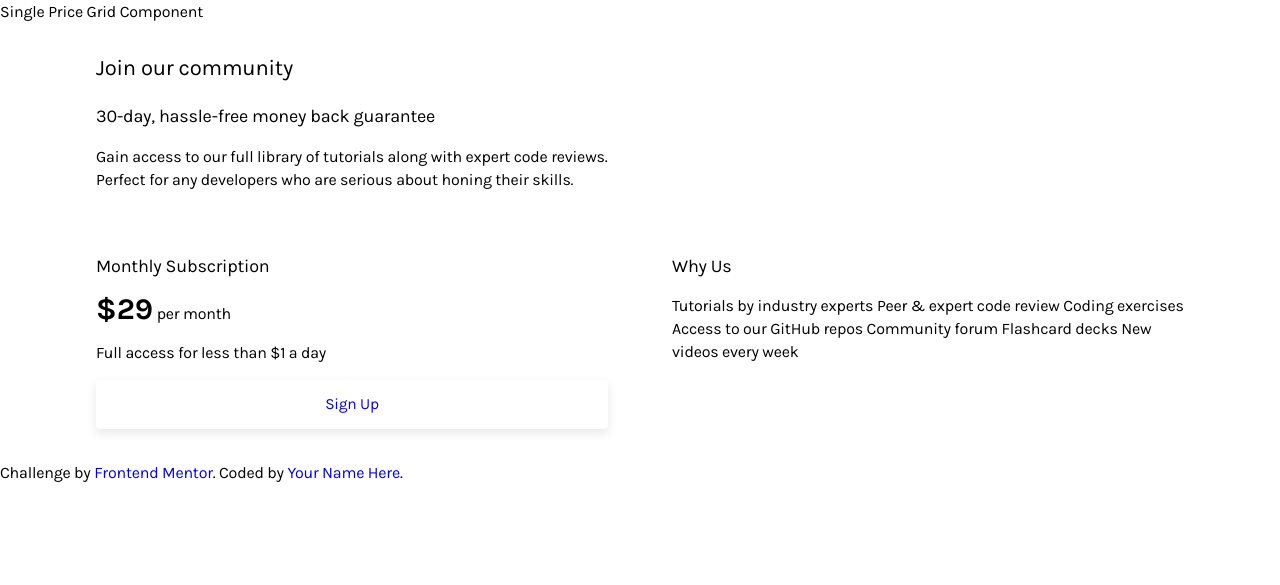
Repository: bangjuyoung/bangjuyoung
Page: practice/frontend-mentor/single-price-grid-component/index.html
An editor plug-in stored every save of this project. The page is shown before and after the next save, followed by the edit.
The browser window is 1280 px wide. The pictures show the whole page.

Above is the page before, as saved 2019-06-16 13:29:34.

### practice/frontend-mentor/single-price-grid-component/index.html
<!DOCTYPE html>
<html lang="en">

<head>
  <meta charset="UTF-8">
  <meta name="viewport" content="width=device-width, initial-scale=1.0">
  <title>Frontend Mentor | Single Price Grid Component</title>
  <link rel="icon" type="image/png" sizes="32x32" href="./images/favicon-32x32.png">
  <link rel="stylesheet" href="../../../assets/css/base.css">
  <link href="https://fonts.googleapis.com/css?family=Karla:400,700&display=swap" rel="stylesheet">
  <link rel="stylesheet" href="./default.css">
</head>

<body>
  <main role="main">
    <h1>Single Price Grid Component</h1>
    <article class="single-price__wrapper">

      <section class="single-price__primary single-price">
        <div class="single-price__body">
          <h2 class="single-price__title">Join our community</h2>
          <h3 class="single-price__subtitle">30-day, hassle-free money back guarantee</h3>
          <p>Gain access to our full library of tutorials along with expert code reviews.</p>
          <p>Perfect for any developers who are serious about honing their skills.</p>
        </div>
      </section>

      <div class="single-price__secondary">
        <section class="single-price">
          <div class="single-price__body">
            <h3 class="single-price__subtitle">Monthly Subscription</h3>
            <p class="single-price__divider"><strong class="single-price__display1">&dollar;29</strong> per month</p>
            <p class="single-price__divider">Full access for less than &dollar;1 a day</p>
            <div class="single-price__divider">
              <a href="/" class="btn btn-secondary btn-block btn--float">Sign Up</a>
            </div>
          </div>
        </section>

        <section class="single-price">
          <div class="single-price__body">
            <h4 class="single-price__subtitle">Why Us</h4>
            <p>
              Tutorials by industry experts
              Peer &amp; expert code review
              Coding exercises
              Access to our GitHub repos
              Community forum
              Flashcard decks
              New videos every week
            </p>
          </div>
        </section>
      </div>

    </article>
  </main>


  <footer role="contentinfo">
    <p class="attribution">
      Challenge by <a href="https://www.frontendmentor.io?ref=challenge" target="_blank" rel="noopener">Frontend
        Mentor</a>.
      Coded by <a href="#">Your Name Here</a>.
    </p>
  </footer>
</body>

</html>

### assets/css/base.css
@charset "UTF-8";

/*
// Base
//
// Normalization of HTML elements, manually forked from Normalize.css to remove
// styles targeting irrelevant browsers while applying new styles.
//
// Normalize is licensed MIT. https://github.com/necolas/normalize.css
*/

/*
 * Document
 */

*,
*::before,
*::after {
  /* padding 과 border 가 요소 너비에 포함되도록 설정 */
  box-sizing: border-box;
}

html {
  /* 모든 브라우저에 기본 폰트 및 line-height 설정 */
  font-family: sans-serif;
  line-height: 1.15;
  /* window 폰의 IE 나 iOS 에서 방향 변경시 폰트 사이즈 수정되는 현상 막음 */
  -webkit-text-size-adjust: 100%;
  /* @viewport 설정시 IE11 과 Edge 에서 스크롤바가 컨텐트에 겹치므로 겹치지 않고 자동 숨김 되지 않도록 강제 */
  -ms-overflow-style: scrollbar;
  /* iOS 에서 완전히 투명으로 보이기 위해 기본 탭 하이라이트 변경 */
  -webkit-tap-highlight-color: rgba(0, 0, 0, 0);
}

/* IE10 이하 및 오래된 브라우저에서 새 HTML5 요소들 맞게 표시 */
article,
aside,
figcaption,
figure,
footer,
header,
hgroup,
main,
nav,
section {
  display: block;
}

/* 여백 초기화 */
body,
h1,
h2,
h3,
h4,
h5,
h6,
p,
ol,
ul,
dl,
blockquote,
pre,
figure,
input,
button,
select,
optgroup,
textarea,
fieldset {
  margin: 0;
}

/*
 * Body
 */

/*
  -apple-system, // Safari for OS X and iOS (San Francisco)
  BlinkMacSystemFont, // Chrome < 56 for OS X (San Francisco)
  "Segoe UI", // Windows
  "Roboto", // Android
  "Helvetica Neue", Arial, sans-serif, // Basic web fallback
  "Apple Color Emoji", "Segoe UI Emoji", "Segoe UI Symbol" !default; // Emoji fonts
 */

body {
  font-family: -apple-system, BlinkMacSystemFont, 'Segoe UI', Roboto,
    'Helvetica Neue', Arial, Noto Sans, sans-serif, 'Apple Color Emoji',
    'Segoe UI Emoji', 'Segoe UI Symbol', 'Noto Color Emoji';
  font-size: 1rem;
  font-weight: 400;
  line-height: 1.5;
  /* 명시적으로 기본값을 지정해 하위 요소들이 상속 받을 수 있게 함 */
  text-align: left;
  /* 기본 배경색 지정 */
  background-color: #fff;
}

body,
input,
textarea,
select,
button {
  font-synthesis: none;
  -moz-font-feature-settings: 'kern';
  -webkit-font-smoothing: antialiased;
  -moz-osx-font-smoothing: grayscale;
}

/*
 * Future-proof rule: in browsers that support :focus-visible,
 * focus outline 을 표시하지 않는 요소에 프로그램적으로 포커스가 갔을때 focus outline 숨김
 *
 * See https://developer.mozilla.org/en-US/docs/Web/CSS/:focus-visible
 * and https://developer.paciellogroup.com/blog/2018/03/focus-visible-and-backwards-compatibility/
 */
[tabindex='-1']:focus:not(:focus-visible) {
  outline: 0 !important;
}

/*
 * Content grouping
 *
 */

hr {
  box-sizing: content-box;
  height: 0;
  /* Edge와 ie에서 overflow 표시 */
  overflow: visible;
}

/*
 * Typography
 */

h1,
h2,
h3,
h4,
h5,
h6 {
  font-size: inherit;
  font-weight: inherit;
}

/*
 * Abbreviations
 */

abbr[title] {
  /* Chrome, Edge, IE, Opera, 그리고 Safari 에서 테스트 표시줄 스타일 정정 */
  text-decoration: underline;
  text-decoration: underline dotted;
  /* 바뀐 행위를 나타내기 위해 명시적으로 커서를 추가 */
  cursor: help;
  /* Firefox 39이하에서 나타나는 테스트 하단 테투리 제거 */
  border-bottom: 0;
  /* 텍스트 표시줄이 건너뛰지 않도록 설정 */
  text-decoration-skip-ink: none;
}

address {
  font-style: normal;
  line-height: inherit;
}

b,
strong {
  /* Chrome, Edge, 그리고 Safari 에서 올바른 글자 굵기 정정 */
  font-weight: bolder;
}

small {
  /* 모든 브라우저에서 글자 크기 정정 */
  font-size: 85%;
}

/*
 * 모든 브라우저에서 sub 과 sup 요소들이 즐 간격 영향 받지 않도록 설정
 */

sub,
sup {
  position: relative;
  font-size: 75%;
  line-height: 0;
  vertical-align: baseline;
}

sub {
  bottom: -0.25em;
}

sup {
  top: -0.5em;
}

/*
 * Links
 */

a {
  text-decoration: none;
  /* IE 10 에서 현재 열려 있는 링크에 나타나는 회색배경색을 제거 */
  background-color: transparent;
}

a:hover {
  text-decoration: underline;
}

/*
 * tablindex 없이는 명시적으로 키보드 포커스가 가능하지 않도록 href 속성이 없는 플레이스 홀더 링크/네임 앵커에 대한 스타일 재지정
 * 단순히 a[href] 로 스타일 지정이 간단할 수 있지만, 많은 다른 스타일내에서 고치기엔 복잡한 특정 이슈 유발 가능성 존재
 * See https://github.com/twbs/bootstrap/issues/19402
 */

a:not([href]):not([tabindex]) {
  color: inherit;
  text-decoration: none;
}

a:not([href]):not([tabindex]):hover,
a:not([href]):not([tabindex]):focus {
  color: inherit;
  text-decoration: none;
}

a:not([href]):not([tabindex]):focus {
  outline: 0;
}

/*
 * Code
 */

pre,
code,
kbd,
samp {
  font-family: SFMono-Regular, Menlo, Monaco, Consolas, 'Liberation Mono',
    'Courier New', monospace;
  /* 모든 브라우저에서 이상한 em 글자 크기 정정 */
  font-size: 1em;
}

pre {
  /* 바깥 영역을 깨지 않도록 내용 영역 오버플로우 설정 */
  overflow: auto;
  /* IE11 와 Edge 에서 @viewport 설정시 스크롤바가 내용을 덮는 현상에서 내용 덮지 않고 자동으로 숨겨지지 않도록 재지정  */
  -ms-overflow-style: scrollbar;
}

/*
 * Images and content
 */

img {
  vertical-align: middle;
  /* IE10 이하에서 링크 내 이미지 요소들에 테두리 제거 */
  border-style: none;
}

svg {
  /*
     * IE10/11 에서 오버플로우 되는 버그로 인해 필요
     * See https://github.com/twbs/bootstrap/issues/26878
     */
  overflow: hidden;
  vertical-align: middle;
}

/*
 * Tables
 */

table {
  /* Prevent double borders 테두리들이 맞 닿았을 때 합쳐지도록 설정 */
  border-collapse: collapse;
}

/* body 요소나 가장 가까운 부모로 부터 지정된 텍스트 정렬 요소를 상속해 td 요소 정렬과 일치 */
caption,
th {
  text-align: inherit;
}

/*
 * Forms
 */

/*
 * macOS Chrome 에서 추가되는 기본 border-radius  제거
 * Details at https://github.com/twbs/bootstrap/issues/24093
 */
button {
  border-radius: 0;
}

/* Firefox/IE 에서 button 배경색이 투명일 때 기본 button 포커스 스타일이 손실되는 버그 피함
 * Credit: https://github.com/suitcss/base/
 */
button:focus {
  outline: 1px dotted;
  outline: 5px auto -webkit-focus-ring-color;
}

input,
button,
select,
optgroup,
textarea {
  font-family: inherit;
  font-size: inherit;
  line-height: inherit;
}

button,
input {
  /* Edge 에서 overflow 보임  */
  overflow: visible;
}

button,
select {
  /* Firefox 에서 텍스트 변형 상속되는 것을 제거 */
  text-transform: none;
}

/* 1. Android 4 에서 기본 audio 와 video 컨트롤이 제거되는 WebKit 버그 제거 */
button,
[type="button"],
/* 1 */
[type="reset"],
[type="submit"] {
  /* iOS 와 Safari 에서 클릭 가능한 타입으로 스타일 정정  */
  -webkit-appearance: button;
}

/* Firefox 에서 안쪽 테두리와 여백 제거하고 Normalize 처럼 outline 을 복원하지 않음 */
button::-moz-focus-inner,
[type='button']::-moz-focus-inner,
[type='reset']::-moz-focus-inner,
[type='submit']::-moz-focus-inner {
  padding: 0;
  border-style: none;
}

/* IE 10 이하에서 box sizing 정정 추가 및 padding 제거 */
input[type='radio'],
input[type='checkbox'] {
  box-sizing: border-box;
  padding: 0;
}

input[type='date'],
input[type='time'],
input[type='datetime-local'],
input[type='month'] {
  /* Mobile Safari 에서 line-height 설정시 텍스트가 input 내 수직 중양 정렬되지 않는 버그를 피하기 위해 시간 input 기본 모양 제거
    // See https://bugs.webkit.org/show_bug.cgi?id=139848
    // and https://github.com/twbs/bootstrap/issues/11266
    */
  -webkit-appearance: listbox;
}

textarea {
  /* IE 에서 기본 수직 스크롤바 제거 */
  overflow: auto;
  /* textarea 는 수직으로만 리사이즈 되도록 설정 */
  resize: vertical;
}

fieldset {
  /*
     * fieldsets 은 min-width이 min-content 로 일반 블록 요소처럼 min-width 재지정
     * See https://github.com/twbs/bootstrap/issues/12359
     * and https://html.spec.whatwg.org/multipage/#the-fieldset-and-legend-elements
     * 페이지 레이아웃에 영향을 주지 않도록 기본 스타일 리셋
     */
  min-width: 0;
  padding: 0;
  border: 0;
}

/* 1. Edge 와 IE 에서 텍스트 래핑 정정 */
legend {
  display: block;
  width: 100%;
  /* 1 */
  max-width: 100%;
  margin-bottom: 0.5rem;
  padding: 0;
  font-size: 1.5rem;
  /* IE 에서 fieldset 요소로 부터 색상 상속하도록 정정 */
  color: inherit;
  line-height: inherit;
  /* 1 */
  white-space: normal;
}

progress {
  /* Chrome, Firefox, Opera 에서 vertical alignment 스타일 추가 */
  vertical-align: baseline;
}

[type='number']::-webkit-inner-spin-button,
[type='number']::-webkit-outer-spin-button {
  /* Chrome 에서 증감 버튼 커서 스타일 정정 */
  height: auto;
}

[type='search'] {
  /*
     * iOS 에서 검색 input 의 추가적인 둥근 코너를 오버라이드하여
     * 기본 form-control 클래스 스타일이 적절히 스타일 적용될 수 있도록 함
     * https://github.com/twbs/bootstrap/issues/11586.
     * Safari 에서 outline 스타일 정정
     */
  outline-offset: -2px;
  -webkit-appearance: none;
}

/*
 * macOS 에서 Chrome 과 Safari 에서 안쪽 여백 제거
 */

[type='search']::-webkit-search-decoration {
  -webkit-appearance: none;
}

::-webkit-file-upload-button {
  font: inherit;
  /* iOS 와 Safari 에서 클릭가능한 타입으로 정정 */
  -webkit-appearance: button;
}

/*
* 요소 디스플레이 정정
*/

output {
  display: inline-block;
}

summary {
  /* 모든 브라우저에서 적절한 디스플레이 속성 추가 */
  display: list-item;
  cursor: pointer;
}

template {
  /* IE에서 필요 */
  display: none;
}

[hidden] {
  /* hidden 속성을 가진 HTML 요소는 항상 숨김 (from PureCSS), IE 10 이하에서 필요 */
  display: none !important;
}

### practice/frontend-mentor/single-price-grid-component/default.css
@charset "UTF-8";

html {
    font-size: 15px;
}

body {
    font-family: 'Karla', sans-serif;
    letter-spacing: -0.013em;
    line-height: 1.44;
}

@media (min-width: 48rem) {
    html {
        font-size: 16px;
    }
}

.btn {
    display: inline-block;
    padding: 0.75rem 1.25rem;
    font-size: 0.9725rem;
    text-align: center;
    border: 1px solid transparent;
    border-radius: 0.25rem;
}

.btn:hover {
    text-decoration: none;
}

.btn-block {
    width: 100%;
}

.btn--float {
    box-shadow: 0 4px 8px 1px rgba(0, 0, 0, 0.08);
}


/*
 * single-price
 */
.single-price__wrapper {
    max-width: 36rem;
    margin-left: auto;
    margin-right: auto;
}

.single-price__divider+.single-price__divider {
    margin-top: 1rem;
}

.single-price__body {
    padding: 2rem;
}

@media (min-width: 74rem) {
    .single-price__wrapper {
        max-width: 72rem;
    }

    .single-price__secondary::after {
        content: '';
        display: block;
        clear: both;
    }

    .single-price__secondary .single-price {
        float: left;
        width: 50%;
    }
}

.single-price__title {
    margin-bottom: 1.5rem;
    font-size: 1.375rem;
    line-height: 1.2;
}

.single-price__subtitle {
    margin-bottom: 1rem;
    font-size: 1.125rem;
    line-height: 1.3;
}

.single-price__display1 {
    font-size: 1.875rem;
    font-weight: 700;
    letter-spacing: 0;
    line-height: 1;
}


/*
 * theme
 */
.text-primary {
    color: hsl(179, 62%, 43%);
}

.text-primary--gray {
    color: hsl(218, 22%, 67%);
}

.text-sedondary {
    color: hsl(71, 73%, 54%);
}

.text-gray--pale {
    color: hsl(204, 43%, 93%);
}

After the next save:
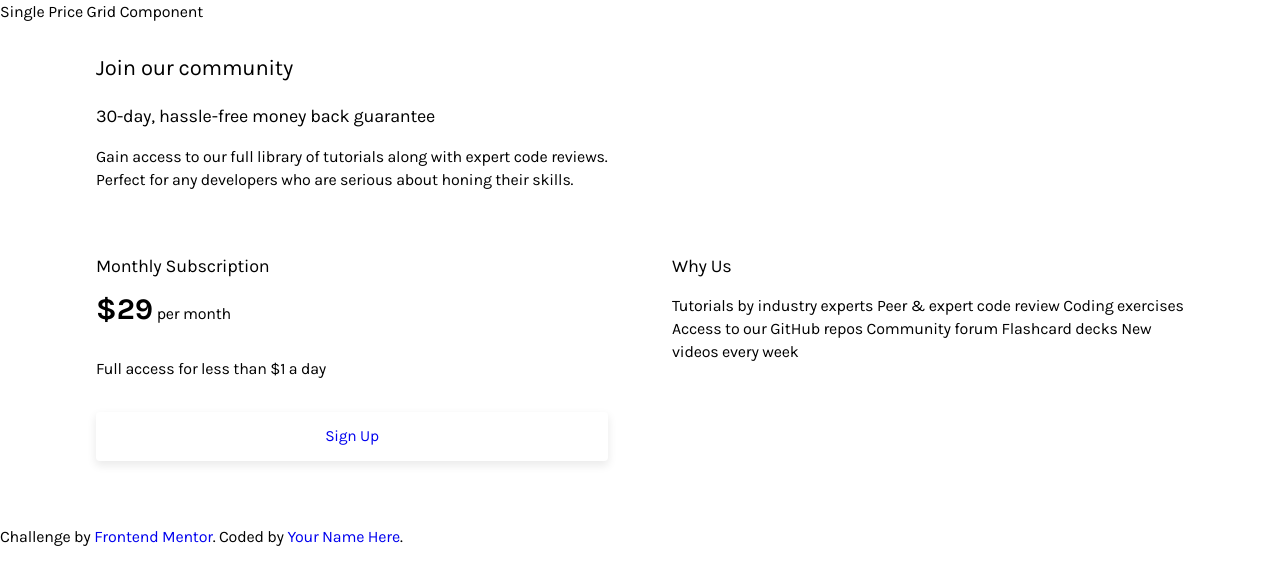
Saved 3 min 40 s later.
--- a/practice/frontend-mentor/single-price-grid-component/default.css
+++ b/practice/frontend-mentor/single-price-grid-component/default.css
@@ -47,8 +47,8 @@ body {
     margin-right: auto;
 }
 
-.single-price__divider+.single-price__divider {
-    margin-top: 1rem;
+.single-price__divider {
+    margin-bottom: 2rem;
 }
 
 .single-price__body {
